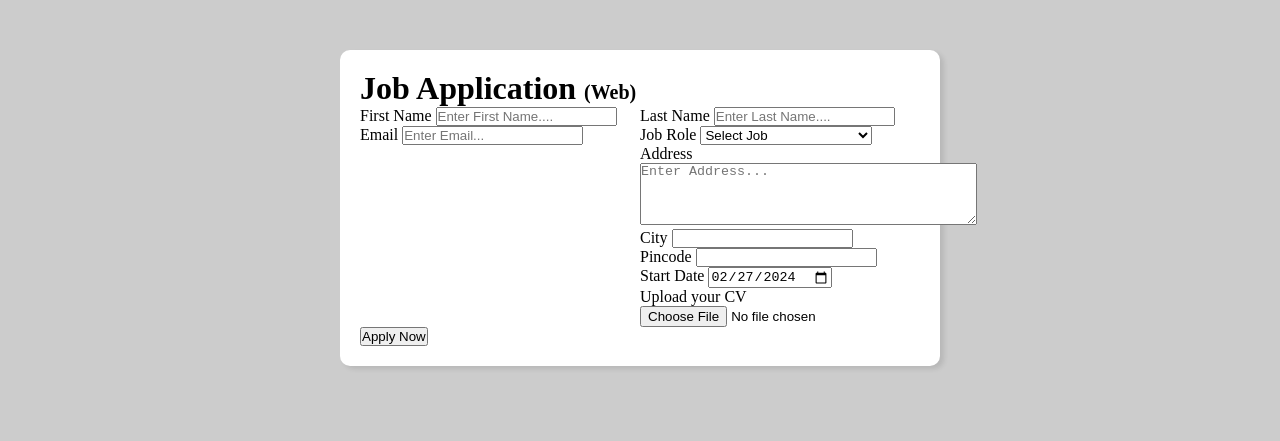
Repository: diensy/JOB-APPLICATION
Page: index.html
An editor plug-in stored every save of this project. The page is shown before and after the next save, followed by the edit.
The browser window is 1280 px wide. The pictures show the whole page.

Above is the page before, as saved 2024-02-27 22:11:21.

### index.html
<!DOCTYPE html>
<html lang="en">
  <head>
    <meta charset="UTF-8" />
    <meta name="viewport" content="width=device-width, initial-scale=1.0" />
    <title>Job Application Form</title>
    <link rel="stylesheet" href="Job_Application.css" />
  </head>
  <body>
    <div class="container">
      <div class="apply">
        <h1>Job Application <span class="web">(Web)</span></h1>

    <form action="">
      <div class="form_container">
        <div class="form_control">
          <label for="first">First Name</label>
          <input type="text" id="first" placeholder="Enter First Name...." />
        </div>
        <div class="form_control">
          <label for="last">Last Name</label>
          <input type="text" id="last" placeholder="Enter Last Name...." />
        </div>
        <div class="form_control">
          <label for="Email">Email</label>
          <input type="email" id="Email" placeholder="Enter Email..." />
        </div>
        <div class="form_control">
        <label for="Job">Job Role</label>
      <select name="JobRole" id="Job">
        <option value="Select Job">Select Job</option>
        <option value="JAVA">JAVA DEVELOPER</option>
        <option value="WEB">WEB DEVELOPER</option>
        <option value="BACKEND">BACKEND DEVELOPER</option>
        <option value="MERN DEVELOPER">MERN DEVELOPER</option>
      </div>
      </select>
      <label for="address">Address</label>
      <div class="textarea_control">
      <textarea
        name="Address"
        id="address"
        cols="40"
        rows="4"
        placeholder="Enter Address..."
      ></textarea>
    </div>
    <div class="textarea_control">
      <label for="city">City</label>
      <input type="text" id="city" />
    </div>
    <div class="textarea_control">
      <label for="pin">Pincode</label>
      <input type="text" id="pin" />
      </div>
      <div class="textarea_control">
      <label for="date">Start Date</label>
      <input value="2024-02-27" type="date" name="date" id="date" />
      </div>
      <div class="textarea_control">
      <label for="file">Upload your CV</label>
      <input type="file" id="file" />
      </div>
    </div>
    <div class="button_control">
      <button class="applybutton" type="submit">Apply Now</button>
    </div>
    </form>
  </div>
  </div>
  </body>
</html>

### Job_Application.css
* {
  margin: 0;
  padding: 0;
  box-sizing: border-box;
}
body {
  background-color: #ccc;
}
.container {
  max-width: 900px;
  margin: 0 auto;
}
.apply {
  max-width: 600px;
  padding: 20px;
  background-color: white;
  margin: 0 auto;
  margin-top: 50px;
  box-shadow: 4px 3px 5px rgb(1, 1, 1, 0.1);
  border-radius: 10px;
}
.web {
  font-size: 20px;
}
.applybutton {
}
.form_container {
  display: grid;
  grid-template-columns: repeat(auto-fit, minmax(200px, 1fr));
}

After the next save:
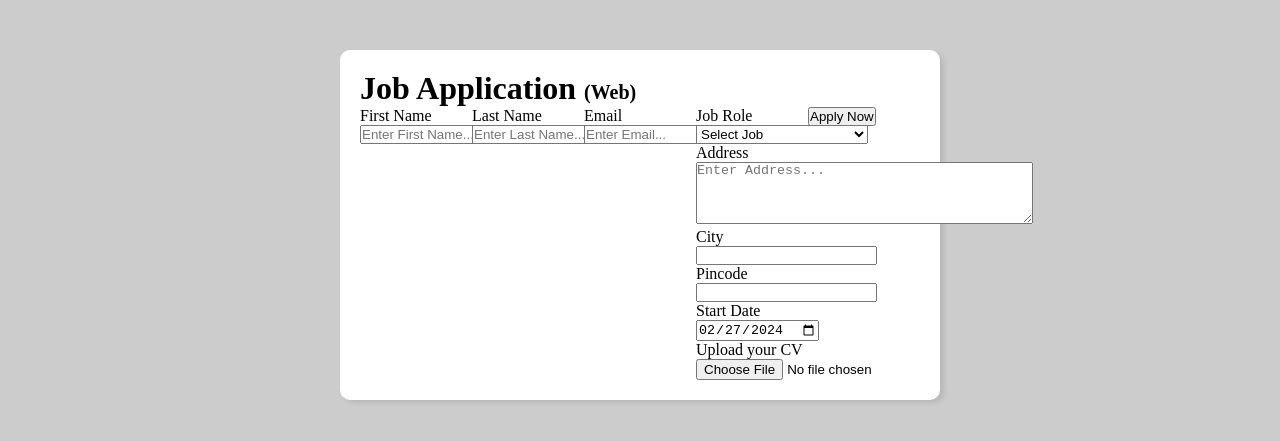
Saved 2 min 53 s later.
--- a/Job_Application.css
+++ b/Job_Application.css
@@ -26,5 +26,5 @@
 }
 .form_container {
   display: grid;
-  grid-template-columns: repeat(auto-fit, minmax(200px, 1fr));
+  grid-template-columns: repeat(auto-fit, minmax(100px, 1fr));
 }

After the save that followed:
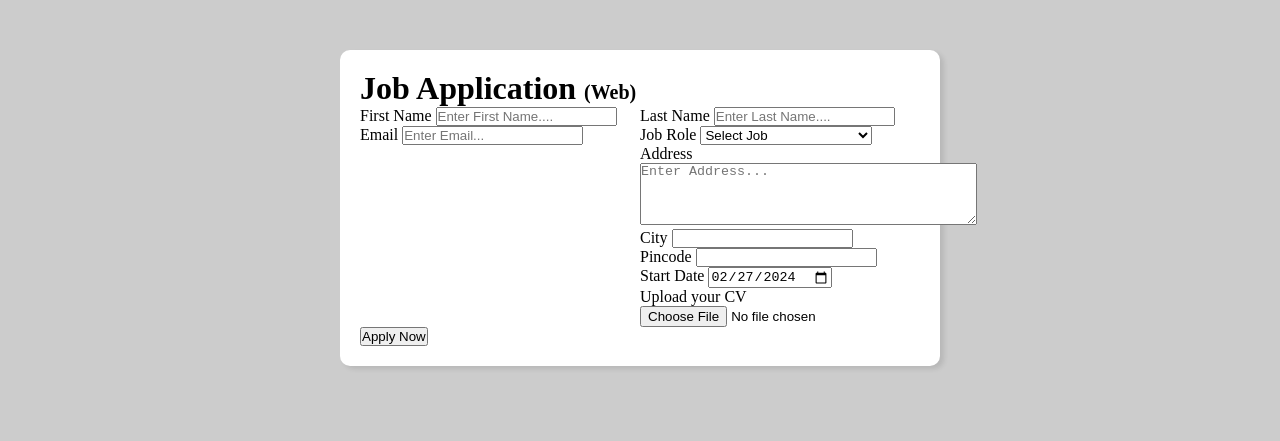
Saved 9 s later.
--- a/Job_Application.css
+++ b/Job_Application.css
@@ -26,5 +26,5 @@
 }
 .form_container {
   display: grid;
-  grid-template-columns: repeat(auto-fit, minmax(100px, 1fr));
+  grid-template-columns: repeat(auto-fit, minmax(200px, 1fr));
 }
